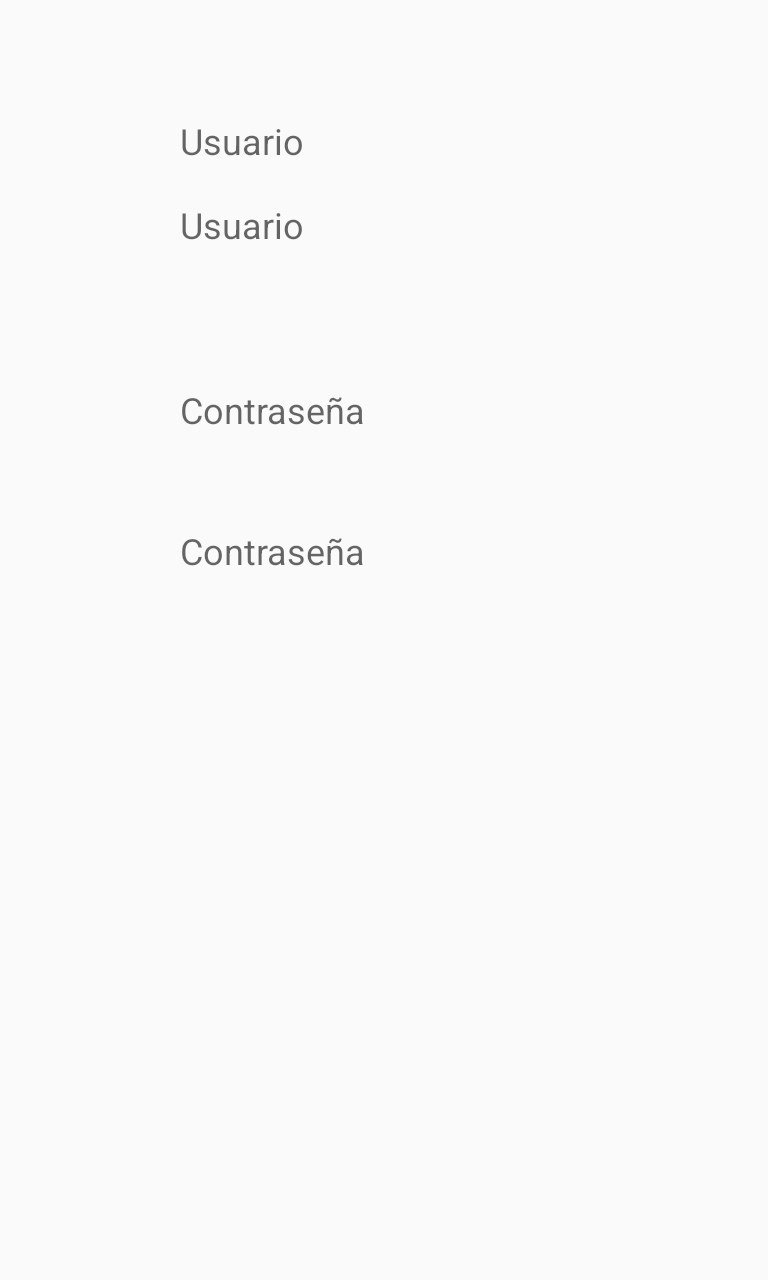
Repository: sempere-dani/pruebaGit
Layout: DobleVentanab/res/layout/activity_segunda.xml
These files come from the project's save history. The layout is drawn as it stood at one moment and after the next save; the edit follows.
It is drawn on a 768 x 1280 px phone screen (xhdpi) without system bars, with theme AppTheme; the app's code is not run.

Above is the layout before, as saved 2014-10-02 20:17:13.

### DobleVentanab/res/layout/activity_segunda.xml
<RelativeLayout xmlns:android="http://schemas.android.com/apk/res/android"
    xmlns:tools="http://schemas.android.com/tools"
    android:layout_width="match_parent"
    android:layout_height="match_parent"
    android:paddingBottom="@dimen/activity_vertical_margin"
    android:paddingLeft="@dimen/activity_horizontal_margin"
    android:paddingRight="@dimen/activity_horizontal_margin"
    android:paddingTop="@dimen/activity_vertical_margin"
    tools:context="com.example.dobleventanab.SegundaActivity" >

    <TextView
        android:id="@+id/textUsuario"
        android:layout_width="wrap_content"
        android:layout_height="wrap_content"
        android:layout_alignParentLeft="true"
        android:layout_alignParentTop="true"
        android:layout_marginLeft="74dp"
        android:layout_marginTop="84dp"
        android:text="@string/Usuario"
        android:textAppearance="?android:attr/textAppearanceMedium" />

    <TextView
        android:id="@+id/textUsuario2"
        android:layout_width="wrap_content"
        android:layout_height="wrap_content"
        android:layout_alignBottom="@+id/textUsuario"
        android:layout_alignLeft="@+id/textUsuario"
        android:layout_marginBottom="42dp"
        android:text="@string/Usuario"
        android:textAppearance="?android:attr/textAppearanceMedium" />

    <TextView
        android:id="@+id/textPassword2"
        android:layout_width="wrap_content"
        android:layout_height="wrap_content"
        android:layout_alignLeft="@+id/textUsuario"
        android:layout_below="@+id/textPassword"
        android:layout_marginTop="46dp"
        android:text="@string/Password"
        android:textAppearance="?android:attr/textAppearanceMedium" />

    <TextView
        android:id="@+id/textPassword"
        android:layout_width="wrap_content"
        android:layout_height="wrap_content"
        android:layout_alignLeft="@+id/textUsuario"
        android:layout_below="@+id/textUsuario"
        android:layout_marginTop="68dp"
        android:text="@string/Password"
        android:textAppearance="?android:attr/textAppearanceMedium" />

</RelativeLayout>

### DobleVentanab/res/values/styles.xml
<resources>

    <!--
        Base application theme, dependent on API level. This theme is replaced
        by AppBaseTheme from res/values-vXX/styles.xml on newer devices.
    -->
    <style name="AppBaseTheme" parent="Theme.AppCompat.Light">
        <!--
            Theme customizations available in newer API levels can go in
            res/values-vXX/styles.xml, while customizations related to
            backward-compatibility can go here.
        -->
    </style>

    <!-- Application theme. -->
    <style name="AppTheme" parent="AppBaseTheme">
        <!-- All customizations that are NOT specific to a particular API-level can go here. -->
    </style>
    <color name="gris">#44444444</color>

</resources>

### DobleVentanab/res/values/strings.xml
<?xml version="1.0" encoding="utf-8"?>
<resources>

    <string name="app_name">DobleVentanab</string>
    <string name="hello_world">Hello world!</string>
    <string name="action_settings">Settings</string>
    <string name="Usuario">Usuario</string>
    <string name="Password">Contraseña</string>
    <string name="title_activity_segunda">SegundaActivity</string>
    <string name="buttonComprobar">Comprobar</string>

</resources>

Loaded but not shown: DobleVentanab/res/values-v11/styles.xml (common file); DobleVentanab/res/values-v14/styles.xml (common file); DobleVentanab/res/values/dimens.xml (common file); DobleVentanab/res/values-w820dp/dimens.xml (common file)

After the next save:
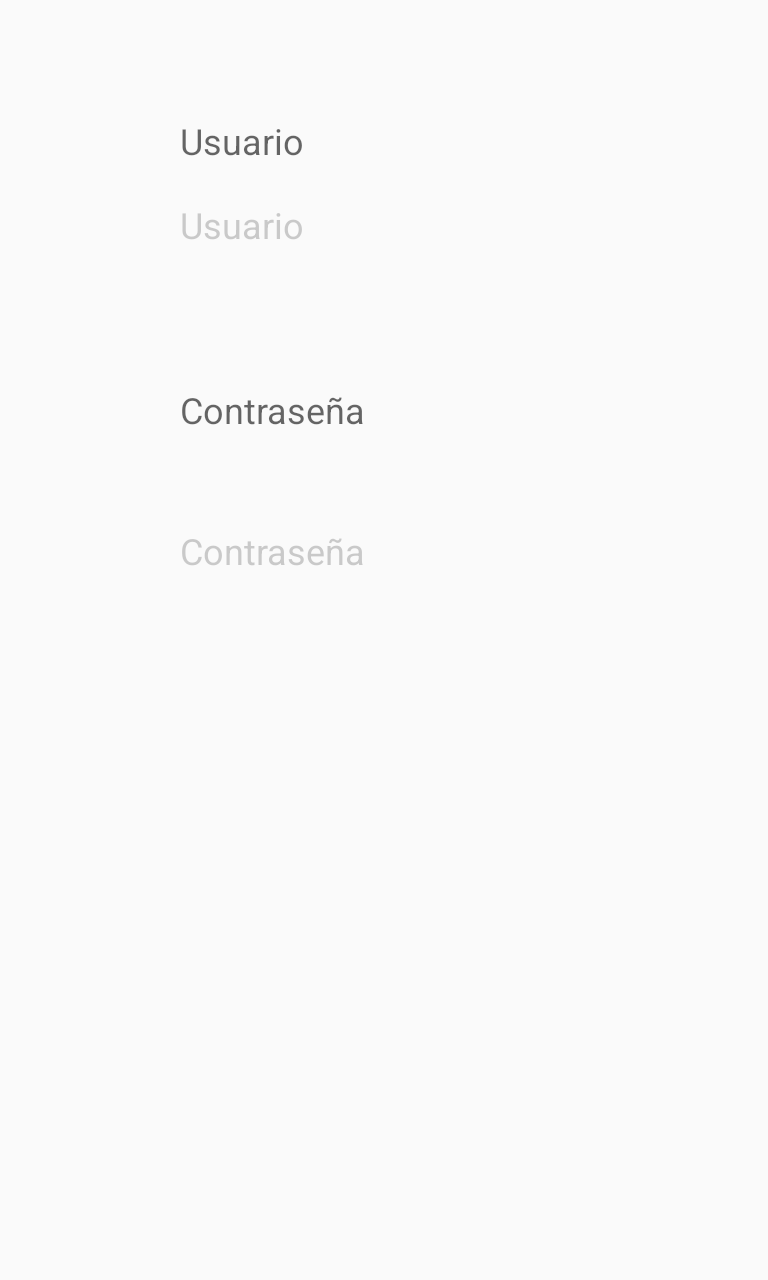
Saved 37 min 10 s later.
--- a/DobleVentanab/res/layout/activity_segunda.xml
+++ b/DobleVentanab/res/layout/activity_segunda.xml
@@ -17,7 +17,8 @@
         android:layout_marginLeft="74dp"
         android:layout_marginTop="84dp"
         android:text="@string/Usuario"
-        android:textAppearance="?android:attr/textAppearanceMedium" />
+        android:textAppearance="?android:attr/textAppearanceMedium"
+        android:textColor="@color/gris" />
 
     <TextView
         android:id="@+id/textUsuario2"
@@ -37,7 +38,8 @@
         android:layout_below="@+id/textPassword"
         android:layout_marginTop="46dp"
         android:text="@string/Password"
-        android:textAppearance="?android:attr/textAppearanceMedium" />
+        android:textAppearance="?android:attr/textAppearanceMedium"
+        android:textColor="@color/gris" />
 
     <TextView
         android:id="@+id/textPassword"
